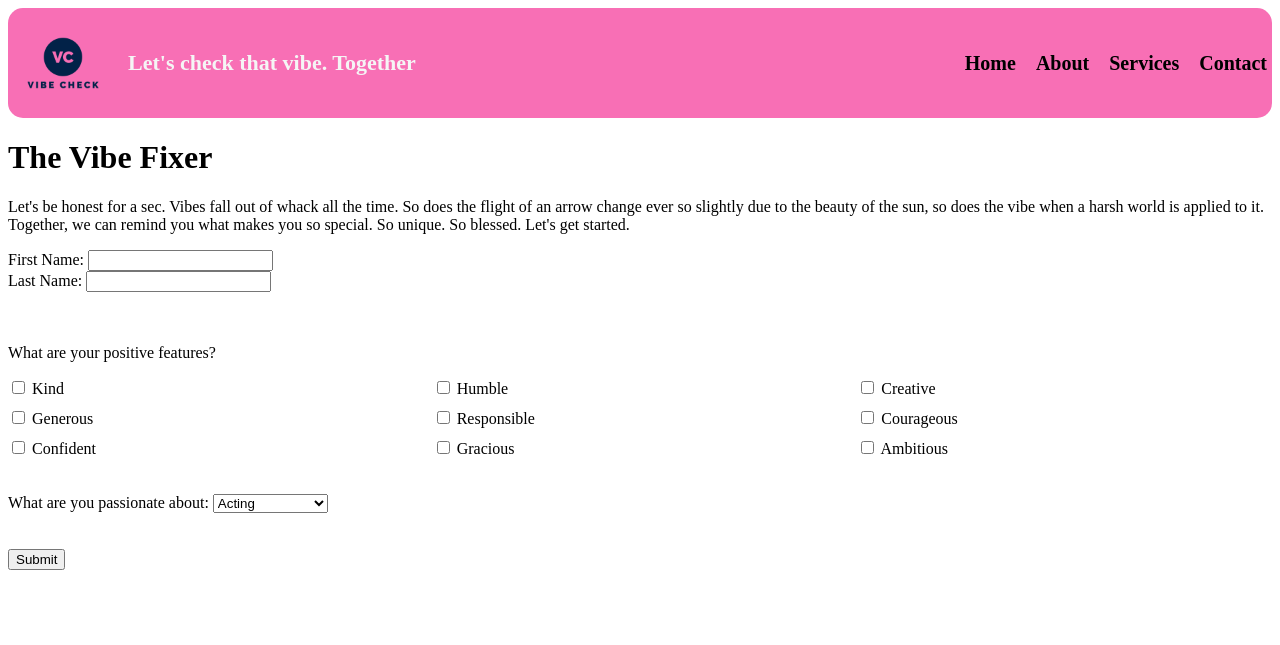
Repository: Chadloswald/Dis-Service
Page: docs/index.html
The author's editor kept a copy of each file at every save. The page is drawn from the files as they stood at one save, then again after the next save.
The browser window is 1280 px wide. The pictures show the whole page.

Above is the page before, as saved 2023-05-02 11:02:38.

### docs/index.html
<!DOCTYPE html>
<html>
<head>
	<title>Dis-Service</title>
	<link rel="stylesheet" type="text/css" href="styles.css">
	<script src="scripts.js"></script>
</head>
<body>
	<header>
		<div class="logo">
		  <img src="logo.jpeg" alt="Logo">
		  <h1>Let's check that vibe. Together</h1>
		</div>
		<nav>
		  <ul>
			<li><a href="#">Home</a></li>
			<li><a href="#">About</a></li>
			<li><a href="#">Services</a></li>
			<li><a href="#">Contact</a></li>
		  </ul>
		</nav>
	  </header>
	<h1>The Vibe Fixer</h1>
	  <p>Let's be honest for a sec. Vibes fall out of whack all the time. So does the flight of an arrow change ever so slightly due to the beauty of the sun, so does the vibe when a harsh world is applied to it. Together, we can remind you what makes you so special. So unique. So blessed. Let's get started.</p>
	<form>

		<label>
			First Name:
			<input type="text" name="firstname" id="firstname">
		</label>
		<label>
			Last Name:
			<input type="text" name="lastname" id="lastname">
		</label>
		<br><br>
		<!-- ----------------------------------------- -->
		<p>What are your positive features?</p>
		<div id="checkbox-grid">
		<label>
			<input type="checkbox" name="option1" value="cruel">
			Kind
		</label>
		<label>
			<input type="checkbox" name="option2" value="arrogant">
			Humble
		</label>
		<label>
			<input type="checkbox" name="option3" value="mundane">
			Creative
		</label>
		<label>
			<input type="checkbox" name="option4" value="greedy">
			Generous
		</label>
		<label>
			<input type="checkbox" name="option5" value="irressponsible">
			Responsible
		</label>
		<label>
			<input type="checkbox" name="option6" value="cowardly">
			Courageous
		</label>
		<label>
			<input type="checkbox" name="option7"value="insecure">
			Confident
		</label>
		<label>
			<input type="checkbox" name="option8" value="ungrateful">
			Gracious
		</label>
		<label>
			<input type="checkbox" name="option9" value="apathetic">
			Ambitious
		</label>
	</div>
	<br><br>
		<!-- ------------------------------------------------- -->
		<label>
			What are you passionate about:
			<select id="dropdown">
				<option value="you on stage makes Kristen Stewart's performance in Twilight look Oscar worthy">Acting</option>
				<option value="we checked your chart and your big three are all in ugly">Astrology</option>
				<option value="the next time you get our your telescope I'm going to shine a flashlight right down the tube">Astronomy</option>
				<option value="that bottom is so soggy that Paul Hollywood would never shake your hand">Baking</option>
				<option value="I'm sure your 12 followers are just riveted">Blogging</option>
				<option value="option5">Calligraphy</option>
				<option value="option6">Ceramics</option>
				<option value="option7">Chess</option>
				<option value="option8">Collecting</option>
				<option value="it's called salt! Try using it sometime">Cooking</option>
				<option value="option10">Dancing</option>
				<option value="option10">Drawing</option>
				<option value="option10">Film-making</option>
				<option value="option10">Gardening</option>
				<option value="option10">Hiking</option>
				<option value="option10">Jewelry-making</option>
				<option value="option10">Knitting</option>
				<option value="option10">Meditation</option>
				<option value="option10">Music</option>
				<option value="option10">Painting</option>
				<option value="option10">Photography</option>
				<option value="option10">Playing sports</option>
				<option value="option10">Pottery</option>
				<option value="option10">Reading</option>
				<option value="option10">Running</option>
				<option value="option10">Singing</option>
				<option value="option10">Traveling</option>
				<option value="option10">Volunteering</option>
				<option value="option10">Woodworking</option>
				<option value="option10">Writing</option>
				<option value="option10">Yoga</option>
			</select>
		</label>
		<br><br>
		<input type="submit" value="Submit" onclick="displayMessage()">
	</form>
</body>
</html>

### docs/styles.css
label {
	display: block;
}

#checkbox-grid {
	display: grid;
	grid-template-columns: repeat(3, 1fr);
	grid-gap: 10px;
  }

  #checkbox-grid label {
	display: block;
  }

  header {
	background-color: #f86fb5;
	color: whitesmoke;
	display: flex;
	justify-content: space-between;
	align-items: center;
	padding: 5px;
	border-radius: 15px;
  }

  header h1 {
	font-size: 22px;
  }

  .logo {
	display: flex;
	align-items: center;
  }

  .logo img {
	height: 100px;
	margin-right: 15px;
  }

  nav ul {
	display: flex;
	list-style: none;
  }

  nav li {
	margin-left: 20px;
  }

  nav a {
	color: black;
	text-decoration: none;
	font-weight: bold;
	font-size: 20px;
  }

### docs/scripts.js
function displayMessage() {
	// get the values of the input fields
	var firstname = document.getElementById("firstname").value;
	var lastname = document.getElementById("lastname").value;

	// get the values of the selected checkboxes
	var checkboxes = document.querySelectorAll('input[type="checkbox"]:checked');
	var selected = [];
	for (var i = 0; i < checkboxes.length; i++) {
		selected.push(checkboxes[i].value);
	}

	// get the value of the selected option in the dropdown menu
	var dropdown = document.getElementById("dropdown");
	var selectedOption = dropdown.options[dropdown.selectedIndex].value;

	// create an array of names
	var names = ["Smellward", "Poopington", "Fartsman", "Cheesewick", "McLoser", "Hoobitoob", "Cramsworth", "Plooperbum", "Frimblebim", "Feebrizz"];

	// randomly select two names from the array
	var randomIndex1 = Math.floor(Math.random() * names.length);
	var randomIndex2 = Math.floor(Math.random() * names.length);
	while (randomIndex1 === randomIndex2) {
		randomIndex2 = Math.floor(Math.random() * names.length);
	}
	var randomName1 = names[randomIndex1];
	var randomName2 = names[randomIndex2];

	// construct the message
	var message = "Hey " + firstname + " " + lastname + "! Here's a message to cheer you up! You are an " + selected.join(", ") + " little jerk, and " + selectedOption + ". \nYou have lost the right to use the name " + firstname + " " + lastname + ", you nerd. You will be henceforth known as " + randomName1 + " " + randomName2 + ". May shame follow your family for 1000 years.";

	// display the message in an alert box
	alert(message);
}

After the next save:
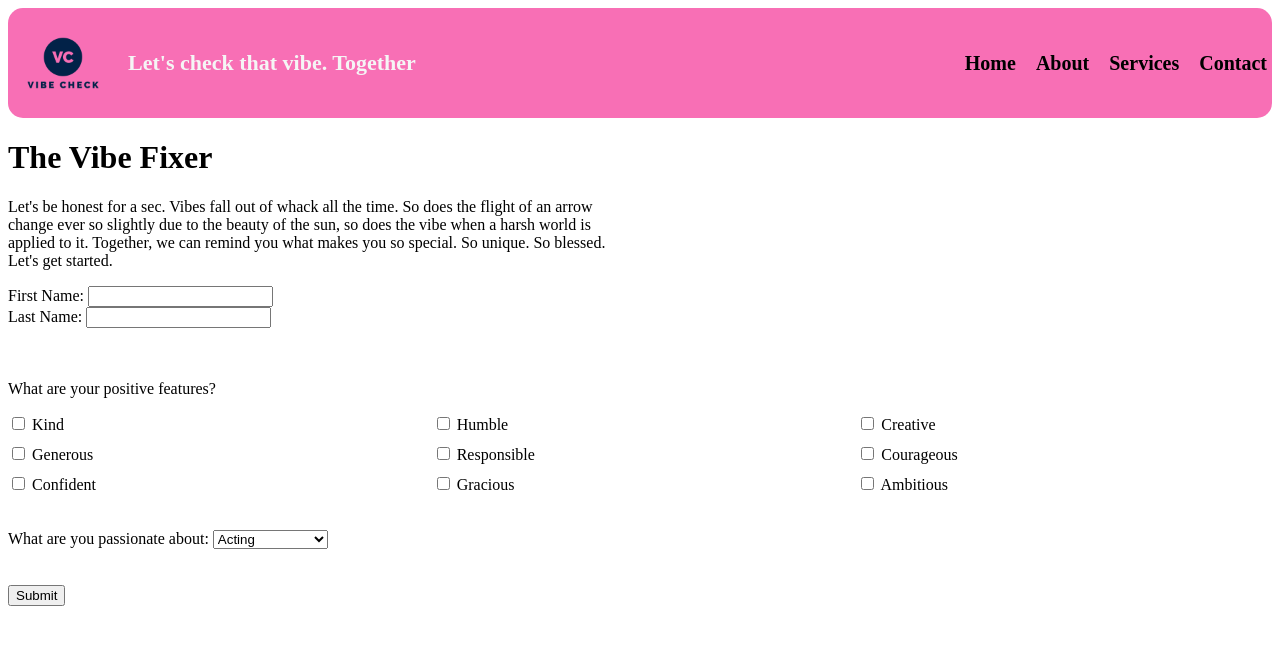
Saved 71 s later.
--- a/docs/styles.css
+++ b/docs/styles.css
@@ -51,3 +51,7 @@ label {
 	font-weight: bold;
 	font-size: 20px;
   }
+
+  p {
+	max-width: 600px;
+  }
